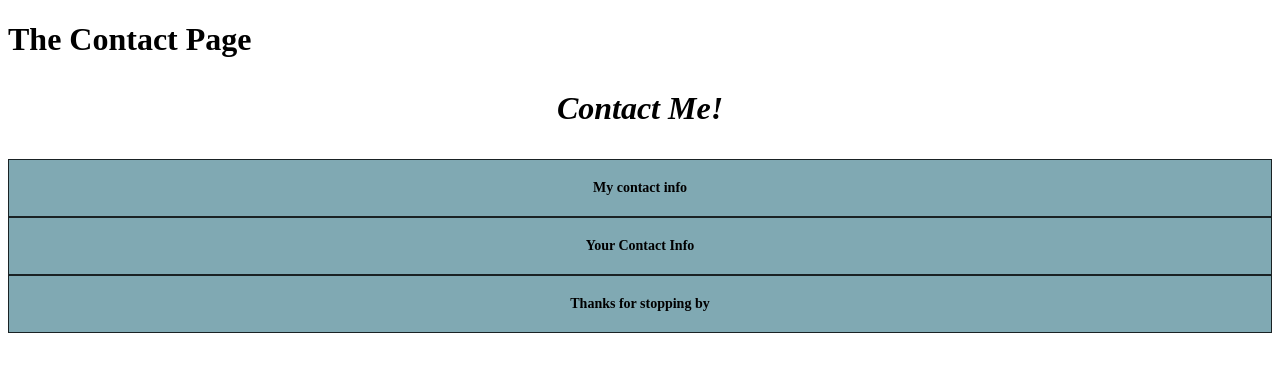
Repository: Melinda-Nanjad-Personal-Website/Personal-web
Page: test.html
An editor plug-in stored every save of this project. The page is shown before and after the next save, followed by the edit.
The browser window is 1280 px wide. The pictures show the whole page.

Above is the page before, as saved 2023-07-27 21:12:39.

### test.html
<!DOCTYPE html>
<html lang="en">
<head>
    <meta charset="UTF-8">
    <meta name="viewport" content="width=device-width, initial-scale=1.0">
    <link rel="stylesheet" href="cf.css">
    <title>Document</title>
    <title style="text-align: center;"></title>
</head>
<body>
    <h1>The Contact Page</h1>
    <h1 style="text-align: center;">

<p><em>Contact Me!</em> </p>

<div class="grid-container">
  <div class="grid-item">My contact info</div>
  <div class="grid-item">Your Contact Info</div>
  <div class="grid-item">Thanks for stopping by</div>

</div>

</body>
</html>

</body>
</html>

### cf.css
.border-primary-400{
    border: 2px solid #a775f1;
}

.container {
    display: grid;
   grid gap: 1.5rem;
    grid-template-columns: auto auto auto;
}

.item-1 {
    grid-row- span4;
    grid-column: 1/5;
    background-color: hotpink;
    padding: 5px
    grid-area: main;
}

.item-2 {
    grid-row: span 3;
    grid column:  2/5;
    grid-area:left
}

.item-3 {
    grid-row: span
    grid column 1/5;
    grid-area :right
}

//test for columns
.grid-container {
  display: grid;
  column-gap: 50px;
  grid-template-columns: 1fr 1fr 1fr;
  padding: 50px;
}

.grid-item{
  background-color: rgba(97, 148, 160, 0.8);
  border: 1px solid rgba(0, 0, 0, 0.8);
  padding: 20px;
  font-size: 14px;
  text-align: center;

After the next save:
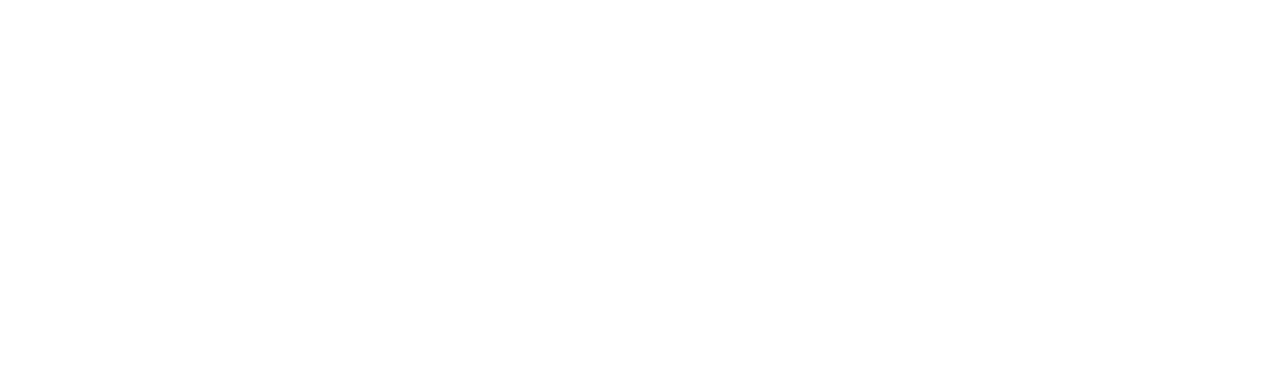
Saved 4 s later.
--- a/test.html
+++ b/test.html
@@ -5,7 +5,7 @@
     <meta name="viewport" content="width=device-width, initial-scale=1.0">
     <link rel="stylesheet" href="cf.css">
     <title>Document</title>
-    <title style="text-align: center;"></title>
+    <title style="text-align: center;">
 </head>
 <body>
     <h1>The Contact Page</h1>

After the 3 saves that followed:
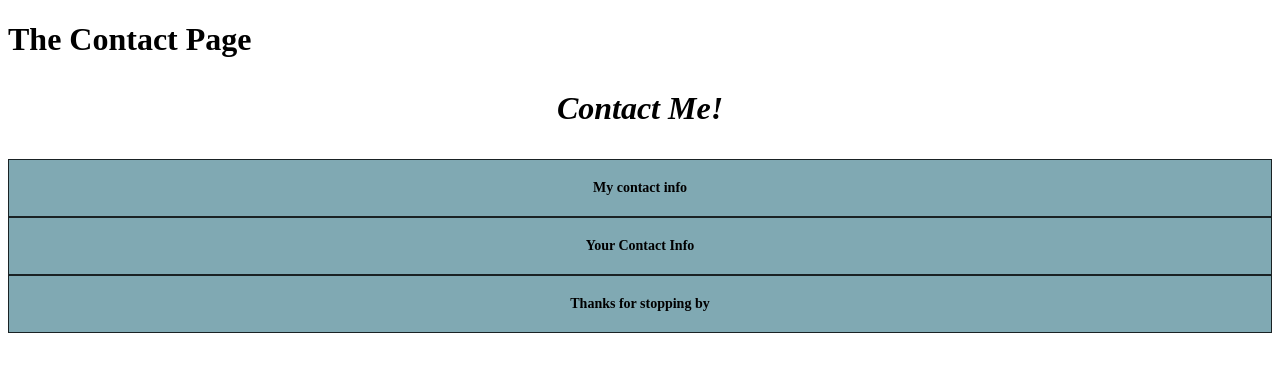
The 3 saves are shown as one change because 2 left the picture as it was.
The last was saved 23 s later.
--- a/test.html
+++ b/test.html
@@ -5,7 +5,6 @@
     <meta name="viewport" content="width=device-width, initial-scale=1.0">
     <link rel="stylesheet" href="cf.css">
     <title>Document</title>
-    <title style="text-align: center;">
 </head>
 <body>
     <h1>The Contact Page</h1>
